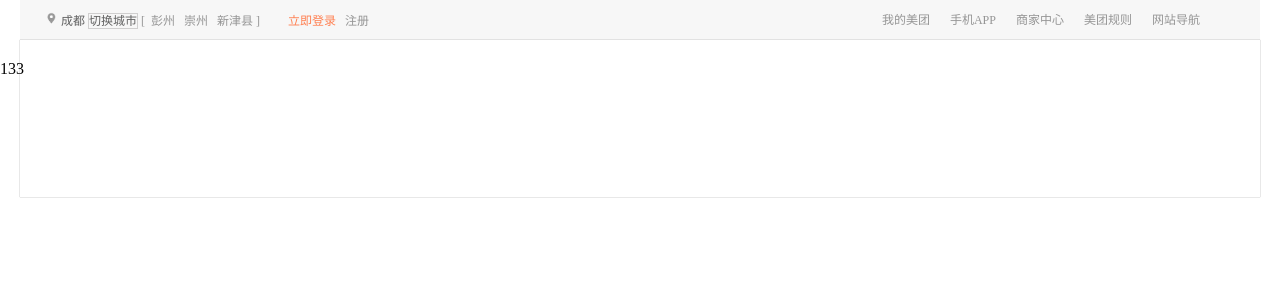
Repository: buddy-fallinlove/Meituan
Page: /
These files come from the project's save history. The page is drawn as it stood at one moment and after the next save; the edit follows.
The browser window is 1280 px wide. The pictures show the whole page.
The project was rebuilt for these pictures with package versions that can differ from the ones it lists, and the page was loaded fresh each time. Also part of the build but not shown: vue.config.js.

Above is the page before, as saved 2020-08-20 17:41:54.

### src/main.js
import Vue from 'vue'
import App from './App.vue'
import router from './router'
import store from './store'
//引入axios
import axios from './http'
Vue.config.productionTip = false
    //引入封装的全局方法
import api from './http/api.js'
Vue.prototype.$axios = axios
    //引入api.js
Vue.prototype.$api = api
    // 引入ElementUI
import ElementUI from 'element-ui';
import 'element-ui/lib/theme-chalk/index.css';
Vue.use(ElementUI);
new Vue({
    router,
    store,
    render: h => h(App)
}).$mount('#app')

### src/App.vue
<template>
  <div id="app">
    <router-view/>
  </div>
</template>

<style lang="scss">
@import "./style/css.类名_20200524144523"
</style>

### src/router/index.js
import Vue from 'vue'
import VueRouter from 'vue-router'
import Home from '../views/Home.vue'
import layout from '../views/layout.vue'
Vue.use(VueRouter)

const routes = [{
    path: '/',
    name: 'layout',
    component: layout,
    children: [{
            path: '',
            name: 'Home',
            component: Home
        }

    ]
}]

const router = new VueRouter({
    mode: 'history',
    base: process.env.BASE_URL,
    routes
})

export default router

### src/http/index.js
import axios from 'axios'
import qs from 'qs'
// import { Loading, } from 'element-ui'
import store from '../store/index'
// let loading = null


// 判断当前环境是生产环境还是开发环境
// process.env.NODE_ENV的值决定当前环境
// production为生产环境 development为开发环境
const isProduction = process.env.NODE_ENV === 'production'

// 创建axios配置对象
const service = axios.create()

// 接口基础路径
service.defaults.baseURL = isProduction ? 'http://49.233.66.125:5050/v1' : '/api'

// 超时时间
service.defaults.timeout = 10000
    // 请求头类型
    // service.defaults.headers.post['Content-Type'] = 'application/x-www-form-urlencoded'

// 请求拦截器
service.interceptors.request.use(config => {
    if (!store.state.cancelLoad) {
        store.state.loading = true
    }
    // loading = Loading.service({
    //     text: '正在加载中......'
    // })
    let token = localStorage.getItem('adminToken')
        // 每次请求 都在请求头带上token
    if (token) {
        config.headers['Authorization'] = 'Bearer ' + token
    }
    return config
}, err => {
    console.log(err)
    return Promise.reject(err)
})

// 响应拦截器
service.interceptors.response.use(response => {
    setTimeout(() => {
            store.state.loading = false
        }, 500)
        // if (loading) {
        //     loading.close()
        // }
    return response.data
}, err => {
    // if (err.response.status === 401) {
    //     Message.error(err.response.data.msg)
    // }
})

service.req = function(...params) {
    if (params.length === 1) {
        return service.get(params[0])
    }
    if (params.length === 2) {
        return service.post(params[0], qs.stringify(params[1]))
    }
}

export default service

### src/http/api.js
import service from './index'


export default {
    // 获取定位
    getposition() {
        return service.req('/position')
    },
    // 获取所有省份
    getprovince() {
        return service.req('/province')
    },

    // 获取省份所有城市
    getcitys(id) {
        return service.req(`/citys?id=${id}`)
    }








































































}

### src/style/css.类名_20200524144523.css
/* 同一行排列 */

.d-f {
    display: flex;
}


/* 占比 */

.f1 {
    flex: 1;
}

.f2 {
    flex: 2;
}


/* 垂直居中  水平居中 */

.j-c-c {
    justify-content: center;
}

.a-i-c {
    align-items: center;
}


/* 两边有间距  两边无间距  中间自动等分*/

.j-c-s-a {
    justify-content: space-around;
}

.j-c-s-b {
    justify-content: space-between;
}


/* 换行 */

.f-w-w {
    flex-wrap: wrap;
}


/* 内容不换行 */

.w-s-n {
    white-space: nowrap;
}


/* 超出部分隐藏 */

.o-h {
    overflow: hidden;
}


/* 超出部分显示省略号 */

.t-e-n {
    text-emphasis: none
}


/* 同一行竖向排列 */

.f-d-c {
    display: flex;
    flex-direction: column;
}


/* 悬浮小手 */

.h-c-p {
    cursor: pointer;
}


/* 外边距margin 上下左右4个方向*/

.m1 {
    margin: 10px;
}

.m2 {
    margin: 20px;
}

.m3 {
    margin: 30px;
}


/* 上边距margin：top */

.m-t1 {
    margin-top: 10px;
}

.m-t2 {
    margin-top: 20px;
}

.m-t3 {
    margin-top: 30px;
}


/* 下边距margin：bottom */

.m-b1 {
    margin-bottom: 10px;
}

.m-b2 {
    margin-bottom: 20px;
}

.m-b3 {
    margin-bottom: 30px;
}


/* 左边距margin：left */

.m-l1 {
    margin-left: 10px;
}

.m-l2 {
    margin-left: 20px;
}

.m-l3 {
    margin-left: 30px;
}


/* 右边距margin：right */

.m-r1 {
    margin-right: 10px;
}

.m-r2 {
    margin-right: 20px;
}

.m-r3 {
    margin-right: 30px;
}


/* 内边距padding-top bottom left right上下左右4个方向 */

.p1 {
    padding: 10px;
}

.p2 {
    padding: 20px;
}

.p3 {
    padding: 30px;
}


/* 边框实线border-solid */

.b-s-r {
    border: 1px solid red;
}


/* 边框虚线border-dashed */

.b-d-r {
    border: 1px dashed red;
}


/* 背景颜色 */

.b-c-r {
    background-color: red;
}

.b-c-b {
    background-color: black;
}

.b-c-c {
    background-color: #ccc;
}

.b-c-c {
    background-color: #fff;
}


/* 字体大小 */

.f-s12 {
    font-size: 12px;
}

.f-s14 {
    font-size: 14px;
}

.f-s18 {
    font-size: 18px;
}

.f-s20 {
    font-size: 20px;
}

.f-s22 {
    font-size: 22px;
}

.f-s24 {
    font-size: 24px;
}


/* 字体加粗 */

.f-w {
    font-weight: 700;
}


/* 隐藏上下左右边框 */

.b-t-n {
    border-top: none;
}

.b-b-n {
    border-bottom: none;
}

.b-l-n {
    border-left: none;
}

.b-r-n {
    border-right: none;
}


/* 圆50% */

.b-r {
    border-radius: 50%;
}


/* 同一行排列  居中 */

.container {
    display: flex;
    justify-content: center;
}


/* 宽1280px */

.warp {
    width: 1280px;
}


/* 取消边距 */

* {
    margin: 0;
    padding: 0;
}


/* 悬浮 */

.hover:hover {
    cursor: pointer;
    color: #eee;
}

.nb:hover {
    cursor: pointer;
}

.c {
    color: white;
}

.van-index-bar__index {
    margin-top: 5px;
}

.van-tabs__line {
    z-index: 0;
}

### src/views/Home.vue
<template>
 <div>
133
 </div>
</template>

<script>
 export default {
   name: '',
   props: {
   },
   components: {

   },
   data () {
     return {

     }
   },
   methods: {

   },
   mounted() {

   },
   watch: {

   },
   computed: {

   }
 }
</script>

<style scoped lang='scss'>

</style>

### src/views/layout.vue
<template>
  <div>
<el-container>

  <!--头部 -->
  <el-header>
 <div>
  <top></top>
  </div>
  </el-header>
<router-view></router-view>
<!--下面-->
  <el-main>
  <div>

  </div>
  </el-main>
</el-container>
  </div>
</template>

<script>
import top from '../components/layout1/top'
export default {
  name: "",
  props: {},
  components: {
    top,
  },
  data() {
    return {};
  },
  methods: {},
  mounted() {},
  watch: {},
  computed: {},
};
</script>

<style scoped lang='scss'>
</style>

### src/components/layout1/top.vue
<template>
  <div>
    <div class="header-bar">
      <div class="header-bar-position">
        <span class="position-name">
          <img class="location" src="../../assets/location.png" />
          成都
          <a class="change-position" href="https://www.meituan.com/changecity/">切换城市</a>
        </span>
        <span class="neighborhood">
          [&nbsp;
          <a href="https://xianyang.meituan.com/">彭州</a>&nbsp;&nbsp;
          <a href="https://gaoling.meituan.com/">崇州</a>&nbsp;&nbsp;
          <a href="https://jingyangxian.meituan.com/">新津县</a>&nbsp;]
        </span>
      </div>

      <div class="user-entry">
        <a
          class="login"
          href="https://passport.meituan.com/account/unitivelogin?service=www&continue=https%3A%2F%2Fwww.meituan.com%2Faccount%2Fsettoken%3Fcontinue%3Dhttps%253A%252F%252Fjingyangxian.meituan.com%252F"
          target="_blank"
        >立即登录</a>&nbsp;&nbsp;
        <a
          href="https://passport.meituan.com/account/unitivesignup?service=www&continue=https%3A%2F%2Fwww.meituan.com%2Faccount%2Fsettoken%3Fcontinue%3Dhttps%253A%252F%252Fjingyangxian.meituan.com%252F"
          target="_blank"
        >注册</a>
      </div>

      <nav class="header-bar-nav">
        <ul class="header-nav-first">
          <li class="has-child">
            <a
              href="https://passport.meituan.com/account/unitivelogin?service=www&continue=https%3A%2F%2Fwww.meituan.com%2Faccount%2Fsettoken%3Fcontinue%3Dhttp%253A%252F%252Fwww.meituan.com%252Faccount%252Fuserinfo%252F"
              target="_blank"
            >
              我的美团
              <ul class="header-nav-my_header-nav-second">
                <li>
                  <a
                    href="https://passport.meituan.com/account/unitivelogin?service=www&continue=https%3A%2F%2Fwww.meituan.com%2Faccount%2Fsettoken%3Fcontinue%3Dhttp%253A%252F%252Fwww.meituan.com%252Forders%252F"
                    target="_blank"
                  >我的订单</a>
                </li>
                <li>
                  <a
                    href="https://passport.meituan.com/account/unitivelogin?service=www&continue=https%3A%2F%2Fwww.meituan.com%2Faccount%2Fsettoken%3Fcontinue%3Dhttp%253A%252F%252Fwww.meituan.com%252Fcollections%252F"
                    target="_blank"
                  >我的收藏</a>
                </li>
                <li>
                  <a
                    href="https://passport.meituan.com/account/unitivelogin?service=www&continue=https%3A%2F%2Fwww.meituan.com%2Faccount%2Fsettoken%3Fcontinue%3Dhttp%253A%252F%252Fwww.meituan.com%252Fvouchers%252F"
                    target="_blank"
                  >抵用券</a>
                </li>
                <li>
                  <a
                    href="https://passport.meituan.com/account/unitivelogin?service=www&continue=https%3A%2F%2Fwww.meituan.com%2Faccount%2Fsettoken%3Fcontinue%3Dhttp%253A%252F%252Fwww.meituan.com%252Faccount%252Fsettings"
                    target="_blank"
                  >账户设置</a>
                </li>
              </ul>
            </a>
          </li>

          <li class="has-child">
            <a href="https://i.meituan.com/mobile/down/meituan" target="_blank">手机APP</a>
          </li>

          <li class="has-child">
            <a>
              商家中心
              <ul class="header-nav-merchant_header-nav-second">
                <li>
                  <a
                    href="https://e.meituan.com/meishi/epassport/login?service=com.sankuai.meishi.fe.ecom&continue=https%3A%2F%2Fe.meituan.com%2Fmeishi%2Fepassport%2Ftoken%3Ftarget%3Dhttps%253A%252F%252Fe.meituan.com%252Fmeishi%252F"
                    target="_blank"
                  >登录商家中心</a>
                </li>
                <li>
                  <a
                    href="https://rms.meituan.com/?utm_source=inner&utm_medium=mtpcsjzx"
                    target="_blank"
                  >美团智能收银</a>
                </li>
                <li>
                  <a
                    href="https://bizvisualmeishi.meituan.com/bizsettle/settle/merchantsSettle?utm_source=mt_C_my"
                    target="_blank"
                  >我想合作</a>
                </li>
                <li>
                  <a href="https://e.meituan.com/mobile/" target="_blank">手机免费开店</a>
                </li>
                <li>
                  <a href="https://daili.meituan.com/?comeFrom=mtwebMenu" target="_blank">餐饮代理商招募</a>
                </li>
                <li>
                  <a href="https://pc.meituan.com/?activity_code=mtpcdh" target="_blank">商家申请开票</a>
                </li>
                <li>
                  <a
                    href="https://paidui.meituan.com/?activity_code=168_00038141"
                    target="_blank"
                  >免费合作美团排队</a>
                </li>
              </ul>
            </a>
          </li>

          <li class="has-child">
            <a>
              美团规则
              <ul class="header-nav-rules_header-nav-second">
                <li>
                  <a href="https://rules-center.meituan.com" target="_blank">规则中心</a>
                </li>
                <li>
                  <a href="https://rules-center.meituan.com/rules" target="_blank">规则目录</a>
                </li>
                <li>
                  <a href="https://rules-center.meituan.com/advices" target="_blank">规则评议院</a>
                </li>
              </ul>
            </a>
          </li>

          <li class="has-child">
            <a>网站导航</a>
            <div class="header-nav-site_header-nav-second">
              <dl class="header-nav-jiulv_header-nav-third">
                <dt>酒店旅游</dt>
                <div class="wwwqqq">
                  <dd>
                    <a href target="_blank">国际机票</a>
                  </dd>
                  <dd>
                    <a href target="_blank">火车票</a>
                  </dd>
                  <dd>
                    <a href target="_blank">榛果民俗</a>
                  </dd>
                  <dd>
                    <a href target="_blank">经济型酒店</a>
                  </dd>
                  <dd>
                    <a href target="_blank">主题酒店</a>
                  </dd>
                  <dd>
                    <a href target="_blank">商务酒店</a>
                  </dd>
                  <dd>
                    <a href target="_blank">公寓</a>
                  </dd>
                  <dd>
                    <a href target="_blank">豪华酒店</a>
                  </dd>
                  <dd>
                    <a href target="_blank">客栈</a>
                  </dd>
                  <dd>
                    <a href target="_blank">青年旅舍</a>
                  </dd>
                  <dd>
                    <a href target="_blank">度假酒店</a>
                  </dd>
                  <dd>
                    <a href target="_blank">别墅</a>
                  </dd>
                  <dd>
                    <a href target="_blank">农家院</a>
                  </dd>
                </div>
              </dl>
              <dl class="header-nav-food-nav-third">
                <dt>吃美食</dt>
                <div class="wwwqqq">
                  <dd>
                    <a href target="_blank">烤鱼</a>
                  </dd>
                  <dd>
                    <a href target="_blank">特色小吃</a>
                  </dd>
                  <dd>
                    <a href target="_blank">烧烤</a>
                  </dd>
                  <dd>
                    <a href target="_blank">自助餐</a>
                  </dd>
                  <dd>
                    <a href target="_blank">火锅</a>
                  </dd>
                  <dd>
                    <a href target="_blank">代金券</a>
                  </dd>
                </div>
              </dl>
              <dl class="header-nav-movie-nav-third">
                <dt>看电影</dt>
                <div class="wwwqqq">
                  <dd>
                    <a href target="_blank">热映电影</a>
                  </dd>
                  <dd>
                    <a href target="_blank">热门影院</a>
                  </dd>
                  <dd>
                    <a href target="_blank">热映电影口碑榜</a>
                  </dd>
                  <dd>
                    <a href target="_blank">最受期待电影</a>
                  </dd>
                  <dd>
                    <a href target="_blank">国内票房榜</a>
                  </dd>
                  <dd>
                    <a href target="_blank">北美票房榜</a>
                  </dd>
                  <dd>
                    <a href target="_blank">电影排行榜</a>
                  </dd>
                </div>
              </dl>
              <dl class="header-nav-mobile_app-nav-third">
                <dt>手机应用</dt>
                <div class="wwwqqq">
                  <dd>
                    <a href="https://i.meituan.com/mobile/down/meituan" target="_blank">
                      <img class="app-icon" src="../../assets/1(1).png" />
                    </a>
                  </dd>
                  <dd>
                    <a href="https://waimai.meituan.com/mobile/download/default" target="_blank">
                      <img class="app-icon" src="../../assets/2(1).png" />
                    </a>
                  </dd>
                  <dd>
                    <a href="https://phoenix.meituan.com/app/" target="_blank">
                      <img class="app-icon" src="../../assets/3(1).png" />
                    </a>
                  </dd>
                  <dd>
                    <a href="https://www.dianping.com/app/download" target="_blank">
                      <img class="app-icon" src="../../assets/4.png" />
                    </a>
                  </dd>
                  <dd>
                    <a href="https://maoyan.com/app" target="_blank">
                      <img class="app-icon" src="../../assets/5.png" />
                    </a>
                  </dd>
                </div>
              </dl>
            </div>
          </li>
        </ul>
      </nav>
    </div>
    <div>
    <top></top>
    </div>
  </div>
</template>

<script>
import top from '../layout2/top.vue'
export default {
  name: "",
  props: {},
  components: {
    top
  },
  data() {
    return {};
  },
  methods: {},
  mounted() {},
  watch: {},
  computed: {},
};
</script>

<style scoped lang='scss'>
.wwwqqq {
  display: flex;
  flex-wrap: wrap;
  justify-content: center;
  align-items: center;
}
* {
  margin: 0;
  padding: 0;
}

body {
  width: 100%;
  min-width: 1280px;
}

.header-bar {
  background-color: #f7f7f7;
  height: 40px;
  line-height: 40px;
}

.user-entry,
.header-bar-position {
  display: inline;
  font-size: 12px;
}

a {
  text-decoration: none;
  color: rgba(22, 21, 21, 0.432);
  /* font-weight:600; */
}

.header-bar-position {
  margin: 0 25px;
}

.user-entry .login {
  color: coral;
}

.header-bar-nav {
  display: inline;
}

.change-position {
  border: 1px solid rgba(179, 176, 176, 0.555);
  color: rgba(0, 0, 0, 0.61);
}

.position-name {
  color: rgba(0, 0, 0, 0.61);
}

.location {
  width: 13px;
  height: auto;
}

.neighborhood {
  color: rgba(22, 21, 21, 0.432);
}

.header-nav-first {
  display: block;
  float: right;
  text-align: center;
  margin-right: 50px;
  font-size: 12px;
}

.has-child {
  position: relative;
  list-style-type: none;
  display: inline-block;
  padding: 0 10px;
}

.header-nav-my_header-nav-second {
  position: absolute;
  display: none;
  list-style-type: none;
  right: 0;
  padding: 0 10px;
  z-index: 99;
}

.header-nav-merchant_header-nav-second {
  position: absolute;
  display: none;
  list-style-type: none;
  right: 0;
  padding: 0 10px;
  width: 100px;
  z-index: 99;
}

.header-nav-rules_header-nav-second {
  position: absolute;
  display: none;
  list-style-type: none;
  right: 0;
  padding: 0 10px;
  z-index: 99;
}

.header-nav-site_header-nav-second {
  position: absolute;
  display: none;
  list-style-type: none;
  right: 0;
  padding: 0 40px;
  width: 1100px;
  height: 300px;
  z-index: 99;
  margin-bottom: 5px;
}

.has-child:nth-child(1):hover .header-nav-my_header-nav-second {
  display: block;
}

.has-child:nth-child(3):hover .header-nav-merchant_header-nav-second {
  display: block;
}

.has-child:nth-child(4):hover .header-nav-rules_header-nav-second {
  display: block;
}

.has-child:nth-child(5):hover .header-nav-site_header-nav-second {
  display: block;
}

.has-child:not(:nth-child(2)):hover,
.has-child:not(:nth-child(2)):hover ul,
.has-child:not(:nth-child(2)):hover div {
  background-color: rgb(253, 253, 253);
  box-shadow: 0 0 1px rgba(109, 108, 108, 0.432);
}

a:hover {
  color: coral;
  cursor: pointer;
}

.header-nav-jiulv_header-nav-third,
.header-nav-food-nav-third,
.header-nav-movie-nav-third,
.header-nav-mobile_app-nav-third {
  float: left;
  text-align: center;
  margin: 20px;
}

.header-nav-jiulv_header-nav-third {
  width: 250px;
}

.header-nav-jiulv_header-nav-third dd {
  width: 83px;
}

.header-nav-food-nav-third {
  width: 140px;
}

.header-nav-food-nav-third dd {
  width: 70px;
}

.header-nav-movie-nav-third {
  width: 110px;
}

.header-nav-movie-nav-third dd {
  width: 104px;
}

.header-nav-mobile_app-nav-third dt,
.header-nav-jiulv_header-nav-third dt,
.header-nav-food-nav-third dt,
.header-nav-movie-nav-third dt {
  font-size: 14px;
  margin-bottom: 5px;
}

.header-nav-mobile_app-nav-third {
  width: 400px;
}

.app-icon {
  width: 60px;
}
</style>

### src/components/layout2/top.vue
<template>
 <div>
  <div class="header-bar">

  </div>
 </div>
</template>

<script>
 export default {
   name: '',
   props: {
   },
   components: {

   },
   data () {
     return {

     }
   },
   methods: {

   },
   mounted() {

   },
   watch: {

   },
   computed: {

   }
 }
</script>

<style scoped lang='scss'>
* {
  margin: 0;
  padding: 0;
}

body {
  width: 100%;
  min-width: 1280px;
}
.header-bar {
  background-color: #ffffff;
  height: 157px;
  line-height: 157px;
    box-shadow: 0 0 1px rgb(121, 121, 121);
}
</style>

Loaded but not shown: public/index.html (common file); src/store/index.js (common file)

After the next save:
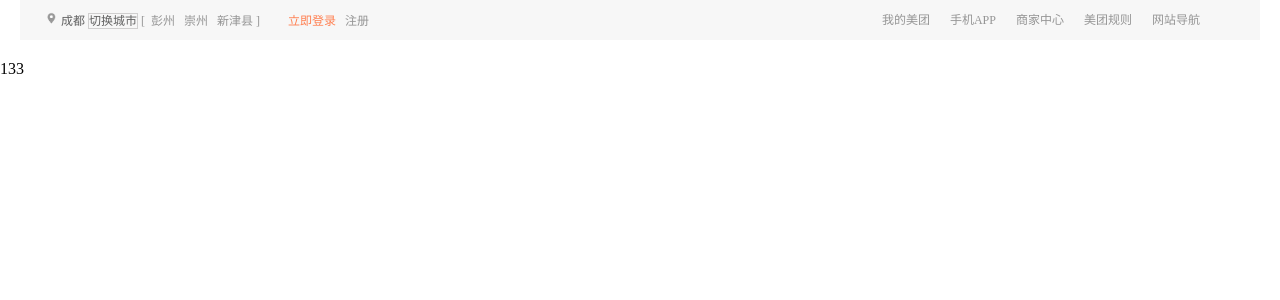
Saved 35 s later.
--- a/src/components/layout2/top.vue
+++ b/src/components/layout2/top.vue
@@ -48,6 +48,6 @@
   background-color: #ffffff;
   height: 157px;
   line-height: 157px;
-    box-shadow: 0 0 1px rgb(121, 121, 121);
+    box-shadow: 1px rgb(121, 121, 121);
 }
 </style>

After the save that followed:
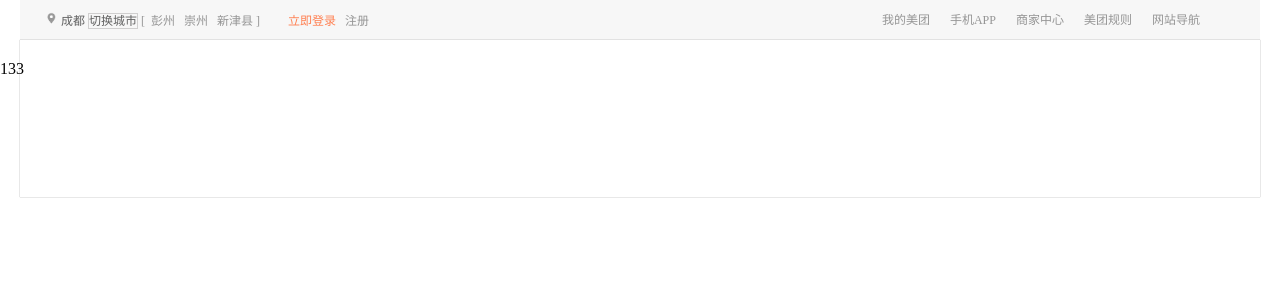
Saved 20 s later.
--- a/src/components/layout2/top.vue
+++ b/src/components/layout2/top.vue
@@ -48,6 +48,6 @@
   background-color: #ffffff;
   height: 157px;
   line-height: 157px;
-    box-shadow: 1px rgb(121, 121, 121);
+    box-shadow: 0 0 1px rgb(121, 121, 121);
 }
 </style>
